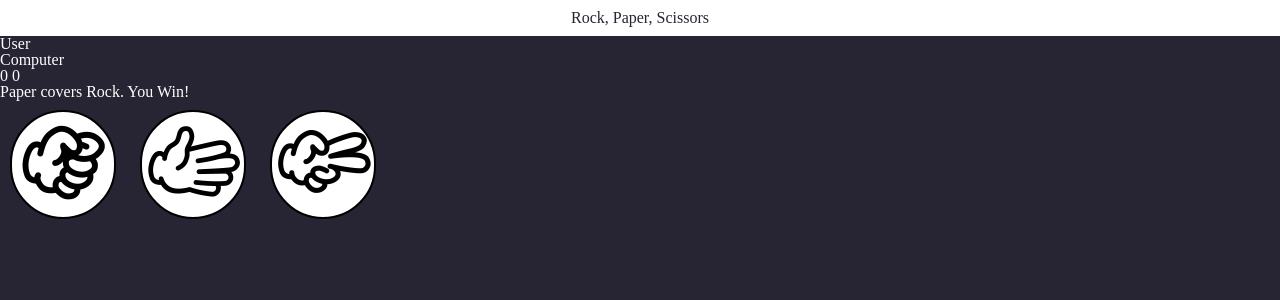
Repository: AndersonGuilherme/rock-paper-scissor-game-javascript
Page: index.html
These files come from the project's save history. The page is drawn as it stood at one moment and after a run of saves; the edit follows.
The browser window is 1280 px wide. The pictures show the whole page.

Above is the page before, as saved 2019-01-12 23:00:11.

### index.html
<!DOCTYPE html>
<html lang="en">
  <head>
    <meta charset="UTF-8" />
    <meta name="viewport" content="width=device-width, initial-scale=1.0" />
    <meta http-equiv="X-UA-Compatible" content="ie=edge" />
    <title>Rocket.io</title>
    <link rel="stylesheet" href="./src/public/css/reset.css" />
    <link rel="stylesheet" href="./src/public/css/style.css" />
  </head>
  <body>
    <header id="header"><h1>Rock, Paper, Scissors</h1></header>
    <div class="score-board">
      <div id="user-label" class="badge">User</div>
      <div id="computer-label" class="badge">Computer</div>
      <span id="user-score">0</span> <span id="computer-score">0</span>
    </div>
    <div class="result"><h1>Paper covers Rock. You Win!</h1></div>
    <div class="choices">
      <div class="choice"><img src="./src/public/images/rock.png" alt="" /></div>
      <div class="choice"><img src="./src/public/images/paper.png" alt="" /></div>
      <div class="choice"><img src="./src/public/images/scissor.png" alt="" /></div>
    </div>
  </body>
</html>

### src/public/css/style.css
body{
    background-color: #272433;
    color: #fff;
}

#header{
    background-color: #fff;
    color: #272433;
    text-align: center;
    padding: 10px;
}

#choices{
    display: inline;
}

.choice{
    display: inline-block;
    border: 2px solid #000;
    border-radius: 100px;
    text-align: center;
    max-width: 120px;
    background-color: #fff;
    margin: 10px
}

.choice>img{
    max-height: 100px;
    padding: 1px;
}

Loaded but not shown: src/public/css/reset.css (common file)

After the next 2 saves:
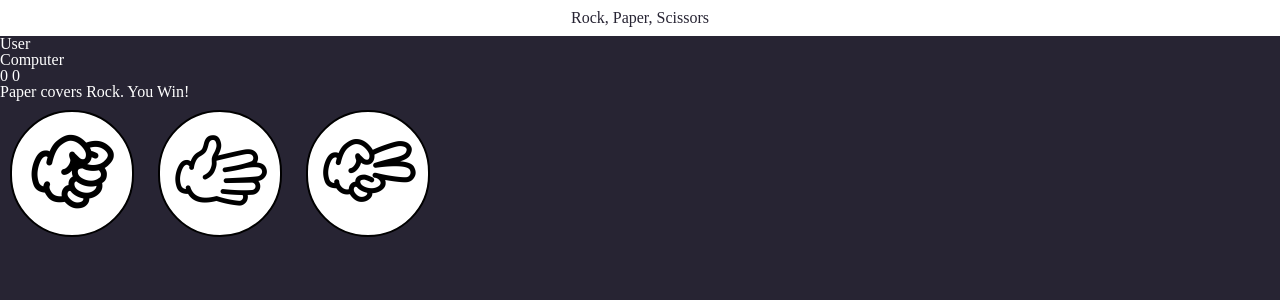
The 2 saves are shown as one change because they came seconds apart.
The last was saved 5 s later.
--- a/src/public/css/style.css
+++ b/src/public/css/style.css
@@ -26,5 +26,5 @@ body{
 
 .choice>img{
     max-height: 100px;
-    padding: 1px;
+    padding: 10px;
 }
